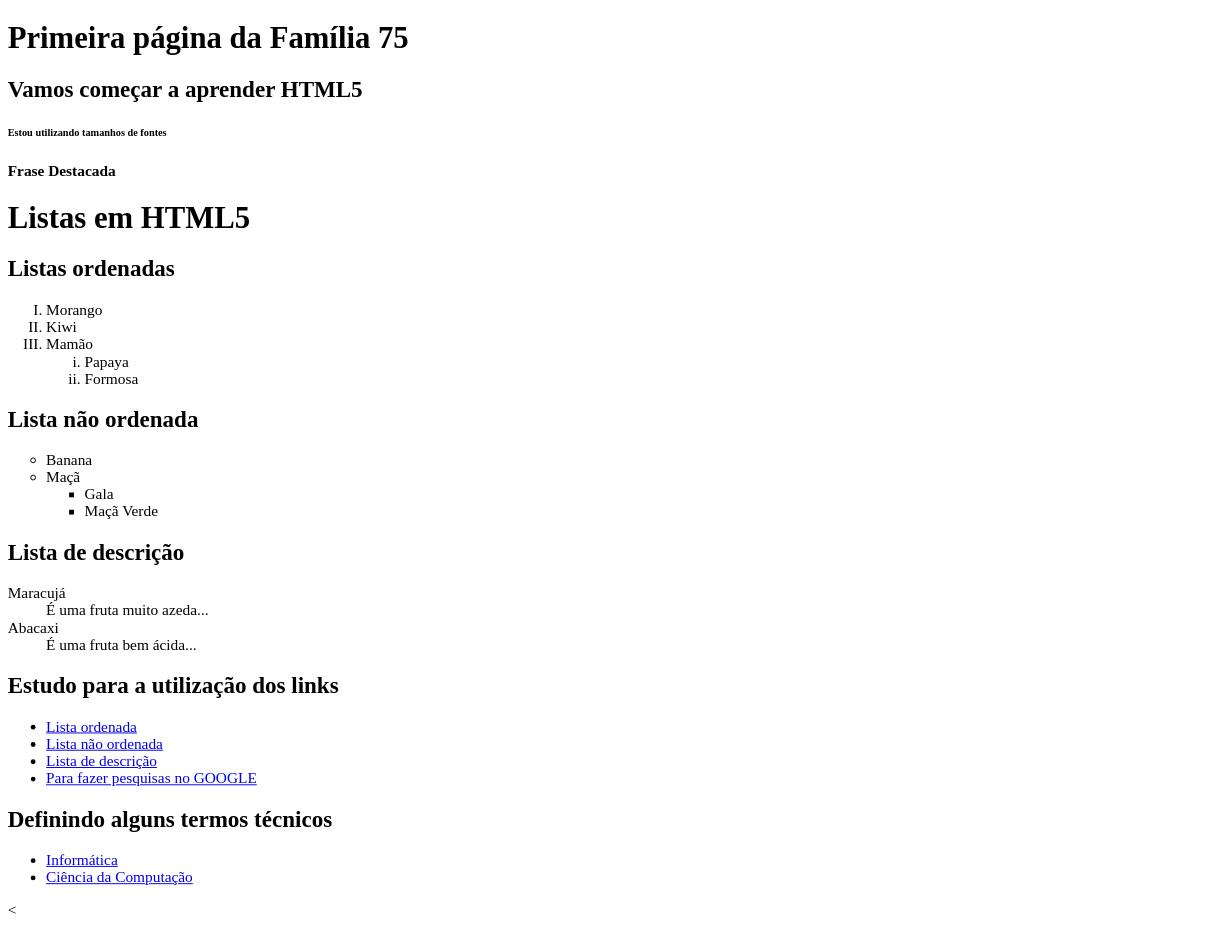
Repository: Thichi99/BootcampGen75
Page: Familia75/index.html
An editor plug-in stored every save of this project. The page is shown before and after the next save, followed by the edit.
The browser window is 1280 px wide. The pictures show the whole page, at 96% of full size.

Above is the page before, as saved 2024-07-26 11:25:11.

After the next save:
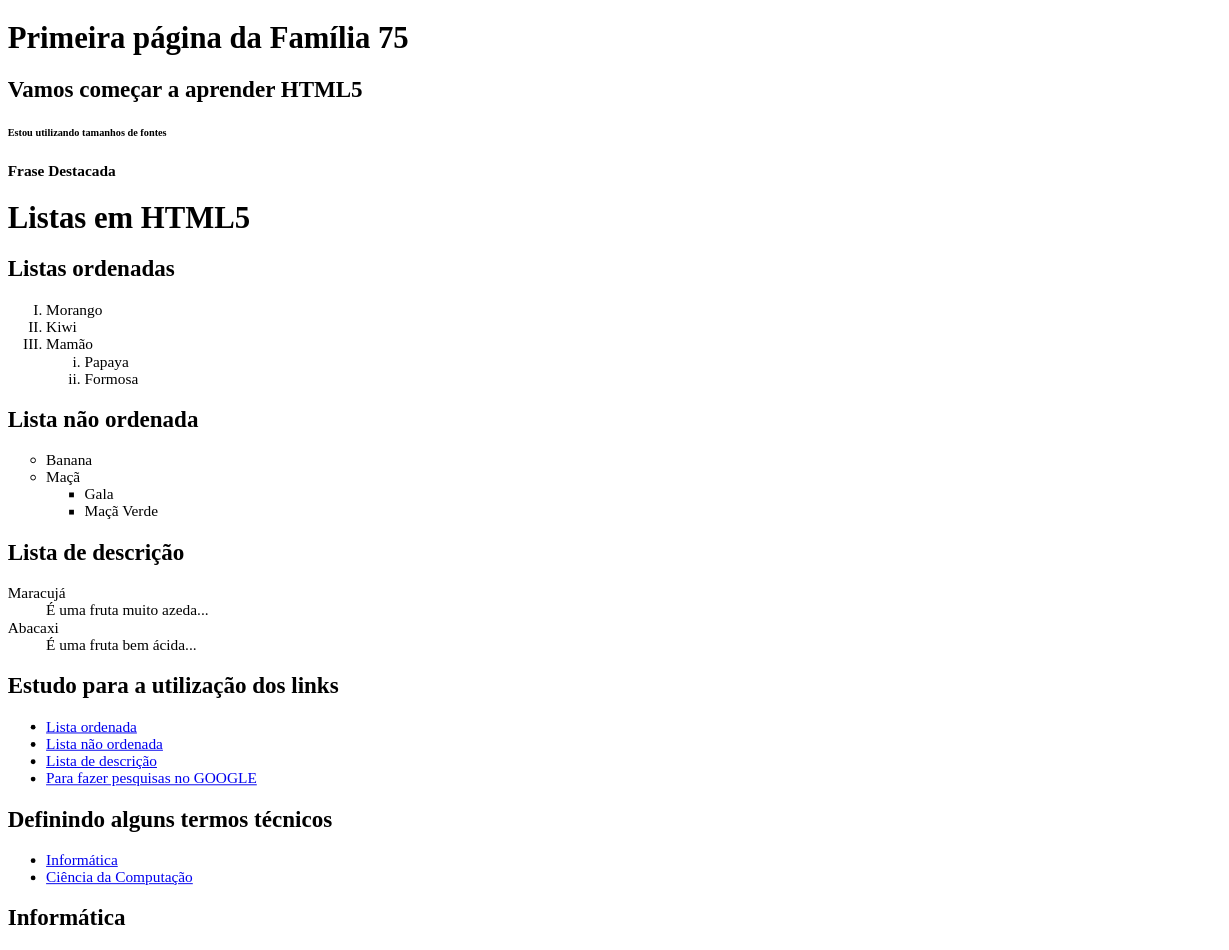
Saved 4 s later.
--- a/Familia75/index.html
+++ b/Familia75/index.html
@@ -58,7 +58,7 @@
     <li><a href="#Computação">Ciência da Computação</a></li>
    </ul>
    <a name="Info1" title="Descrição de informática">
-    <
+    <h2>Informática</h2>
    </a>
 </body>
 </html>
